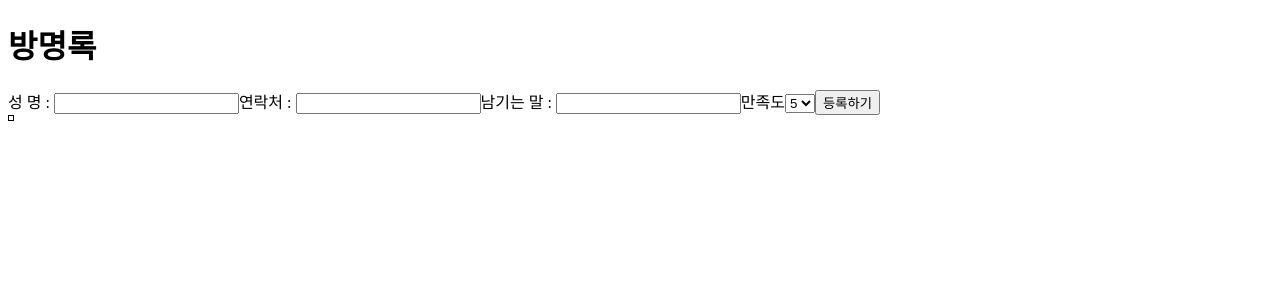
Repository: HyeongChank/P2VisitorCount
Page: http://localhost/P2VisitorCounter/Counter/Login.jsp
The author's editor kept a copy of each file at every save. The page is drawn from the files as they stood at one save, then again after the next save.
The browser window is 1280 px wide. The pictures show the whole page.
The page is served by Tomcat 9. The template is opened directly, without the code that normally fills it, so the values that code supplies are empty.

Above is the page before, as saved 2023-04-03 00:45:34.
Console error: SyntaxError: Unexpected end of input

After the next save:
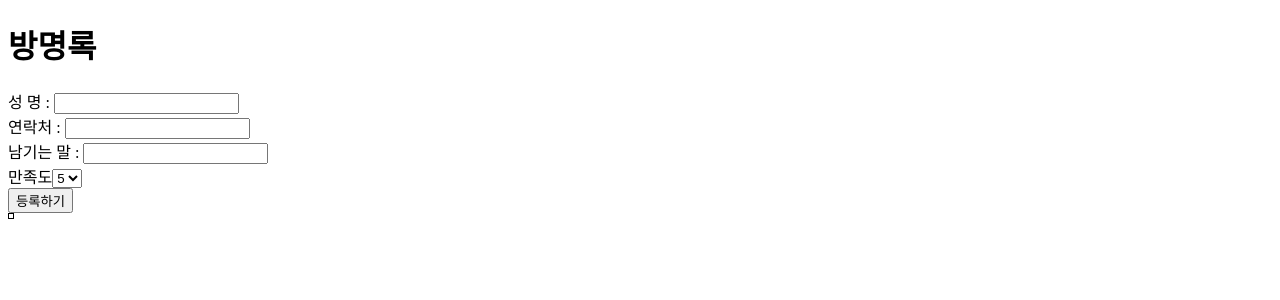
Saved 54 s later.
--- a/P2VisitorCounter/src/main/webapp/Counter/Login.jsp
+++ b/P2VisitorCounter/src/main/webapp/Counter/Login.jsp
@@ -34,9 +34,9 @@ function validateForm(form){
  	<h1>방명록</h1>
  	<form name = "login" method = "get" action = "../Counterj/visitor.do" enctype = "multipart/form-data">
  		<table>
- 			<tr>성 명 : <input type = "text" name = "name"/></tr>
-			<tr>연락처 : <input type = "tel" name = "tel"/></tr>
-			<tr>남기는 말 : <input type = "text" name = "ment"/></tr>
+ 			<tr>성 명 : <input type = "text" name = "name"/></tr><br>
+			<tr>연락처 : <input type = "tel" name = "tel"/></tr><br>
+			<tr>남기는 말 : <input type = "text" name = "ment"/></tr><br>
 			<tr><label for= "score">만족도</label>
 				<select name = "score-m" id = "score">
 					<option value = "5">5</option>
@@ -44,7 +44,7 @@ function validateForm(form){
 					<option value = "5">3</option>
 					<option value = "5">2</option>
 					<option value = "5">1</option>
-				</select></tr>
+				</select></tr><br>
 			<tr><button type = "submit">등록하기</button></tr>
 		</table>
 	</form>
